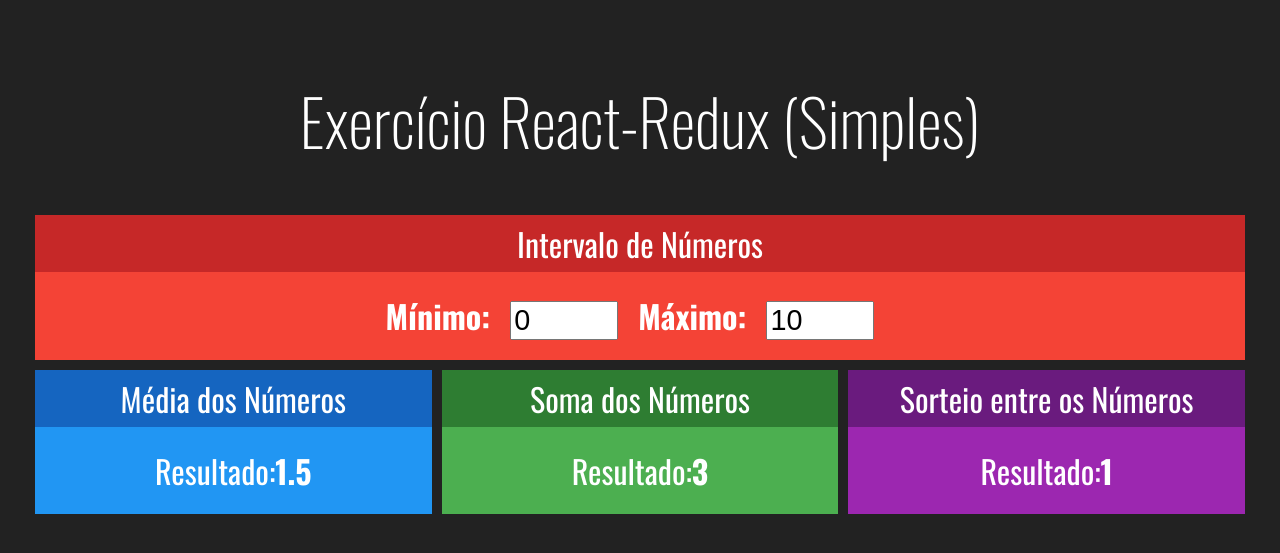
Repository: WellysonP/testando-react-redux
Page: /
These files come from the project's save history. The page is drawn as it stood at one moment and after a run of saves; the edit follows.
The browser window is 1280 px wide. The pictures show the whole page.
The project was rebuilt for these pictures with package versions that can differ from the ones it lists, and the page was loaded fresh each time.

Above is the page before, as saved 2023-01-12 18:49:56.

After the next 2 saves:
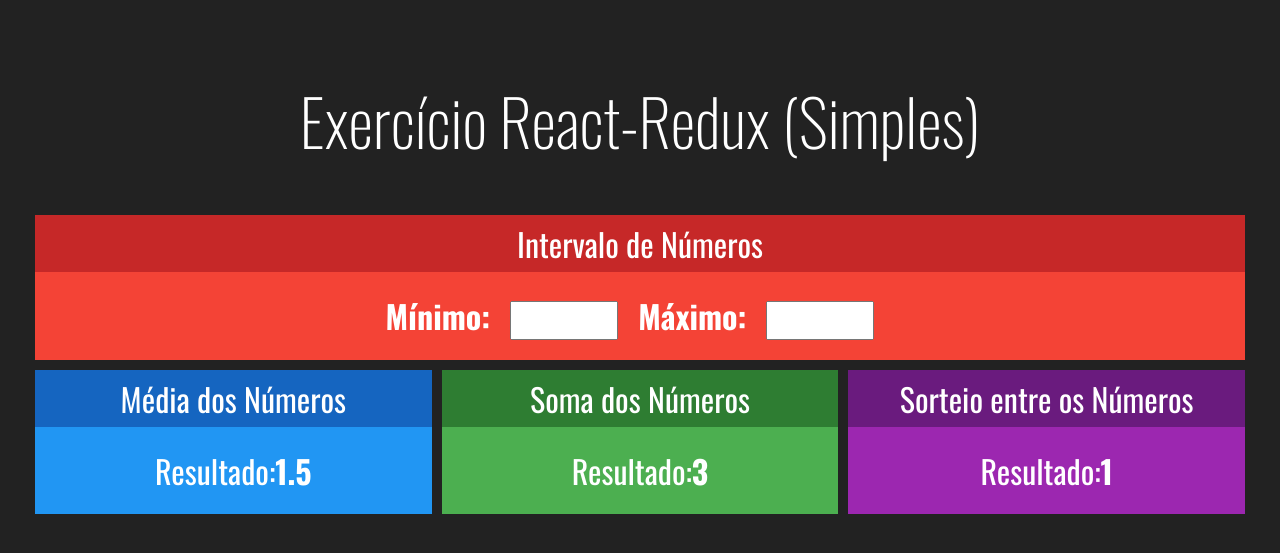
The 2 saves are shown as one change because they came seconds apart.
The last was saved 101 s later.
--- a/src/components/Intervalo.jsx
+++ b/src/components/Intervalo.jsx
@@ -3,16 +3,17 @@ import "./Intervalo.css"
 
 
 export default props => {
+    const { min, max } = props
     return (
         <Card title="Intervalo de Números" red>
             <div className="Intervalo">
                 <span>
                     <strong>Mínimo:</strong>
-                    <input type="number" value={0} />
+                    <input type="number" value={min} />
                 </span>
                 <span>
                     <strong>Máximo:</strong>
-                    <input type="number" value={10} />
+                    <input type="number" value={max} />
                 </span>
             </div>
         </Card>
